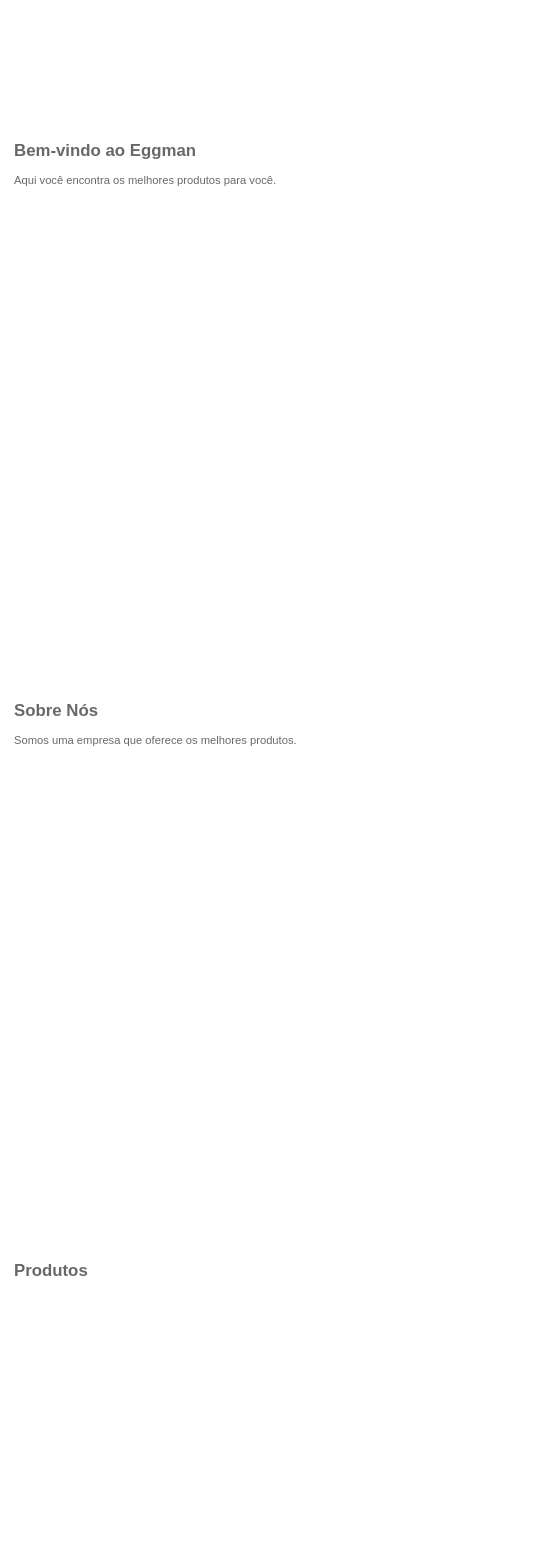
Repository: Matheus904-12/teste-2
Page: index.html
These files come from the project's save history. The page is drawn as it stood at one moment and after the next save; the edit follows.
The browser window is 768 px wide. The pictures show the part of the page from y = 0 to 2240 px (the page is 4310 px tall before and 4436 px after), at 70% of full size.
Some web libraries are served in a nearby version.

Above is the page before, as saved 2023-11-04 02:16:22.

After the next save:
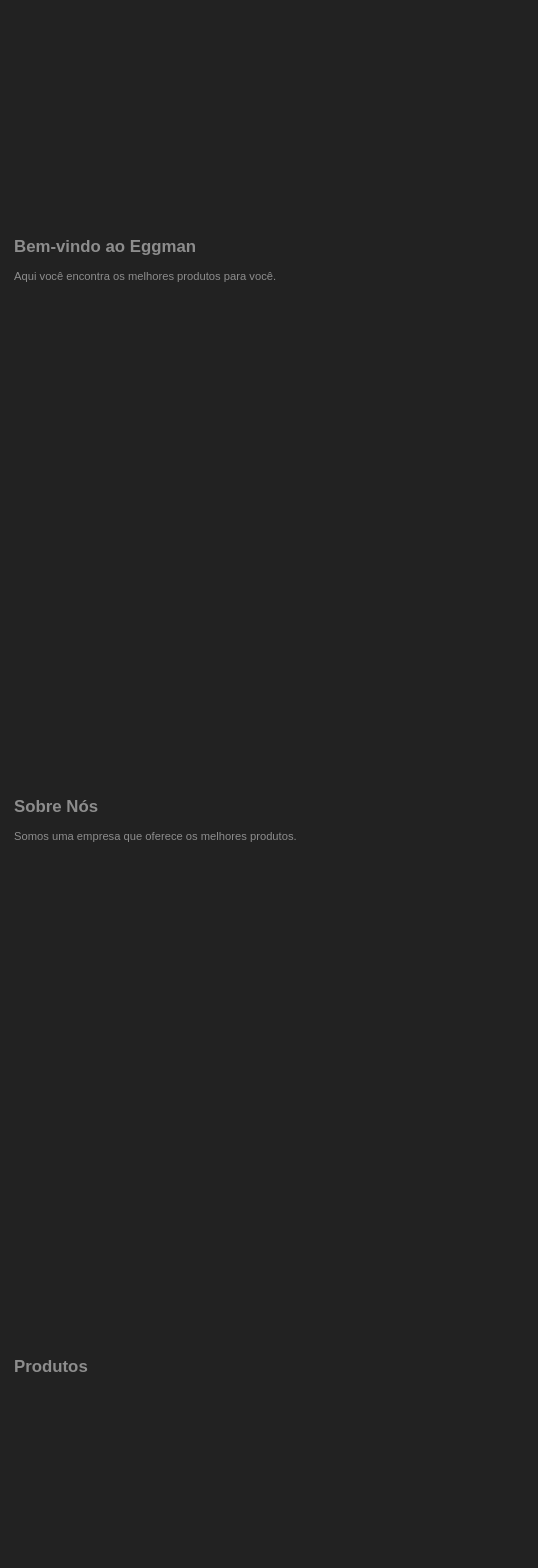
Saved 2 min 15 s later.
--- a/style.css
+++ b/style.css
@@ -1,10 +1,12 @@
 body {
     margin: 0;
     font-family: Arial, sans-serif;
+    background-color: #222;
+    color: #fff;
 }
 
 .header {
-    background-color: #f8f9fa;
+    background-color: #333;
     padding: 20px;
     position: sticky;
     top: 0;
@@ -27,7 +29,8 @@
 
 .nav-item a {
     text-decoration: none;
-    color: #333;
+    color: #fff;
+    font-weight: bold;
 }
 
 .section {
@@ -43,7 +46,20 @@
 }
 
 .footer {
-    background-color: #f8f9fa;
+    background-color: #333;
     padding: 20px;
     text-align: center;
 }
+
+@media (max-width: 768px) {
+    .navbar {
+        float: none;
+        text-align: center;
+        margin-top: 10px;
+    }
+
+    .nav-item {
+        display: block;
+        margin: 5px 0;
+    }
+}
